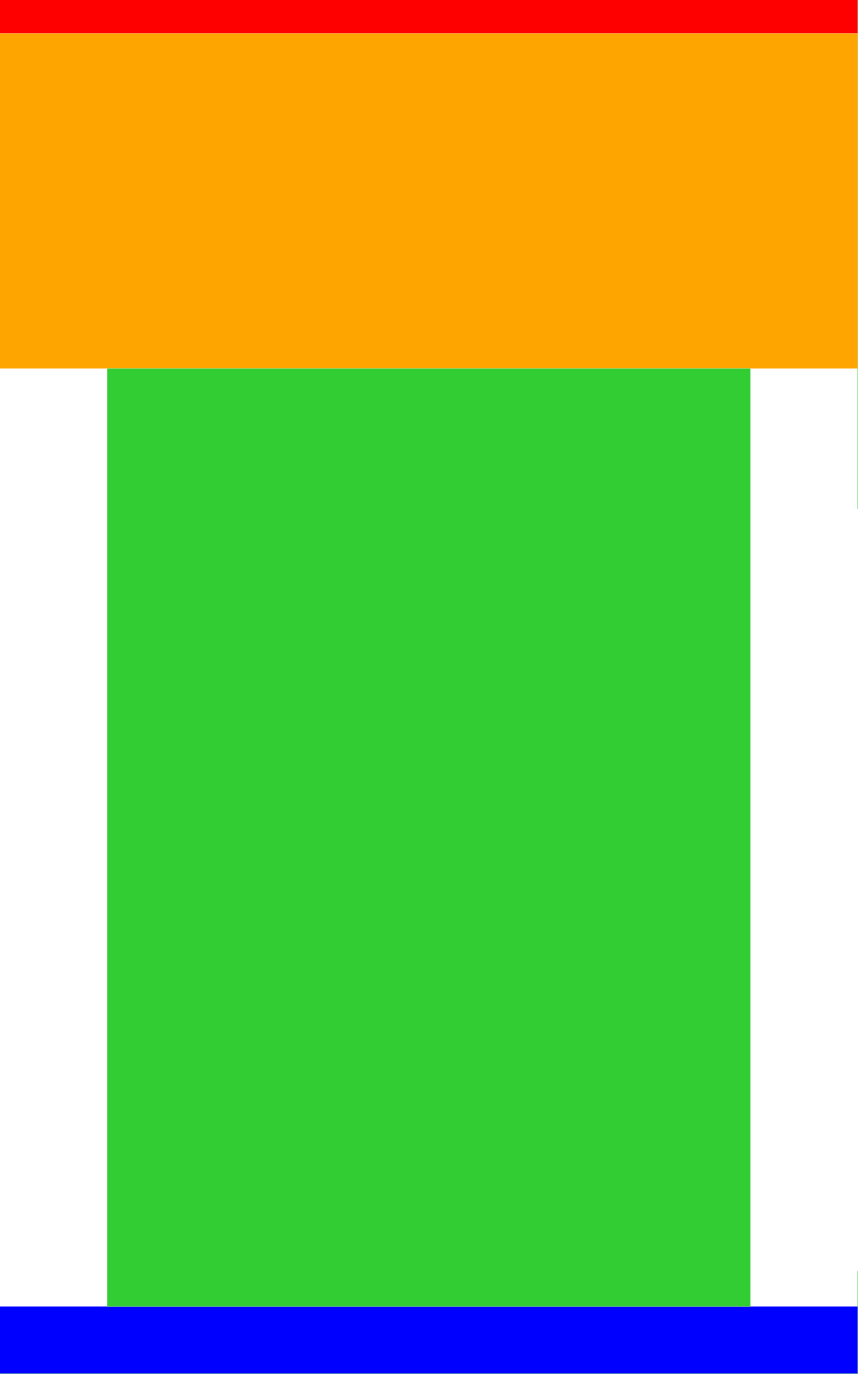
Repository: TsuKou/MainContents
Page: chapter4/index.html
The author's editor kept a record of every edit. The page is drawn from the files as they stood at one moment, then again after the next edit.
The browser window is 1280 px wide. The pictures show the whole page, at 67% of full size.

Above is the page before.

After the next edit:
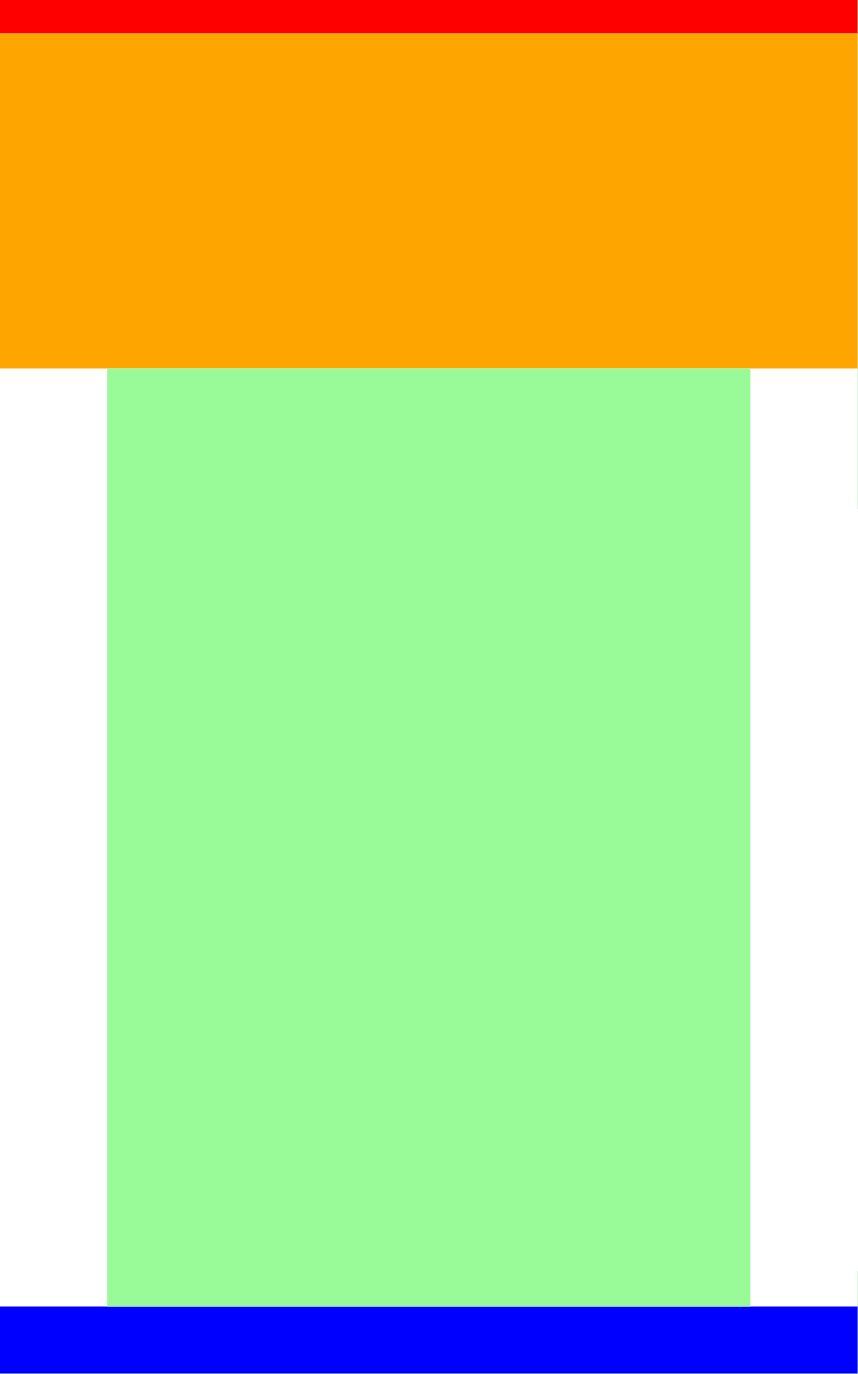
The edit:
--- a/chapter4/style.css
+++ b/chapter4/style.css
@@ -26,8 +26,7 @@
 .blog {
   width: 960px;
   height: 1400px;
-  background-color: limegreen;
-  margin: 0 auto;
+  background-color: palegreen;
 }
 
 .sidebar {
